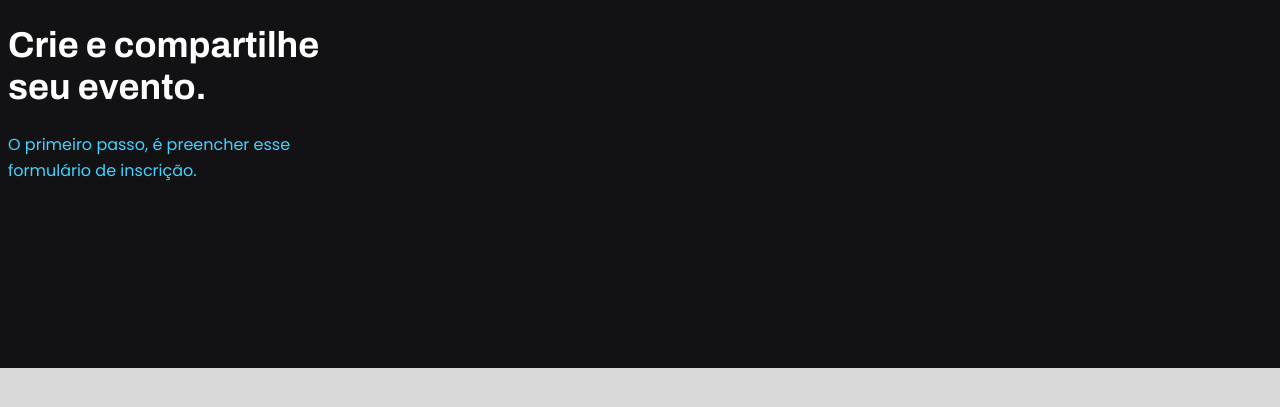
Repository: devMuriloOliveira/Formulario
Page: index.html
These files come from the project's save history. The page is drawn as it stood at one moment and after the next save; the edit follows.
The browser window is 1280 px wide. The pictures show the whole page.

Above is the page before, as saved 2023-10-30 19:41:18.

### index.html
<!DOCTYPE html>
<html lang="en">
  <head>
    <link rel="preconnect" href="https://fonts.googleapis.com" />
    <link rel="preconnect" href="https://fonts.gstatic.com" crossorigin />
    <meta charset="UTF-8" />
    <meta name="viewport" content="width=device-width, initial-scale=1.0" />
    <title>Crie seu evento</title>
    <link rel="stylesheet" href="style.css" />

    <link
      href="https://fonts.googleapis.com/css2?family=Archivo:wght@600;700&family=Poppins&display=swap"
      rel="stylesheet"
    />
  </head>
  <body>
    <div class="page">
      <header>
        <h1>Crie e compartilhe seu evento.</h1>
        <p>O primeiro passo, é preencher esse formulário de inscrição.</p>
      </header>

      <form action=""></form>
    </div>
  </body>
</html>

### style.css
body{
  font-family: 'Poppins', sans-serif;
  background-color: #D9D9D9;
}

body::before{
  content: '';
  width: 100%;
  height: 368px;

  position: absolute;
  top: 0;
  left: 0;
  z-index: -1;
  background: #121214;
}

page{
  width: 736px;
  margin: auto;
}

header{
  width: 319px;
}

header h1{
  font-family: 'Archivo', sans-serif;
  font-weight: bold;

  font-size: 36px;
  line-height: 42px;
  color: white;
}

header p{
  color: #42D3FF;
  font-size: 16px;
  line-height: 26px;
}

After the next save:
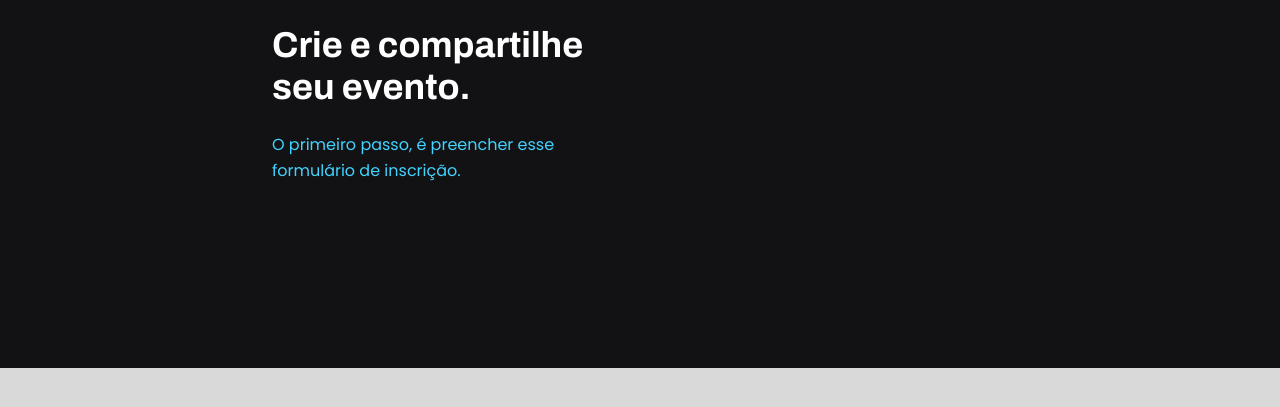
Saved 18 s later.
--- a/style.css
+++ b/style.css
@@ -15,7 +15,7 @@ body::before{
   background: #121214;
 }
 
-page{
+.page{
   width: 736px;
   margin: auto;
 }
